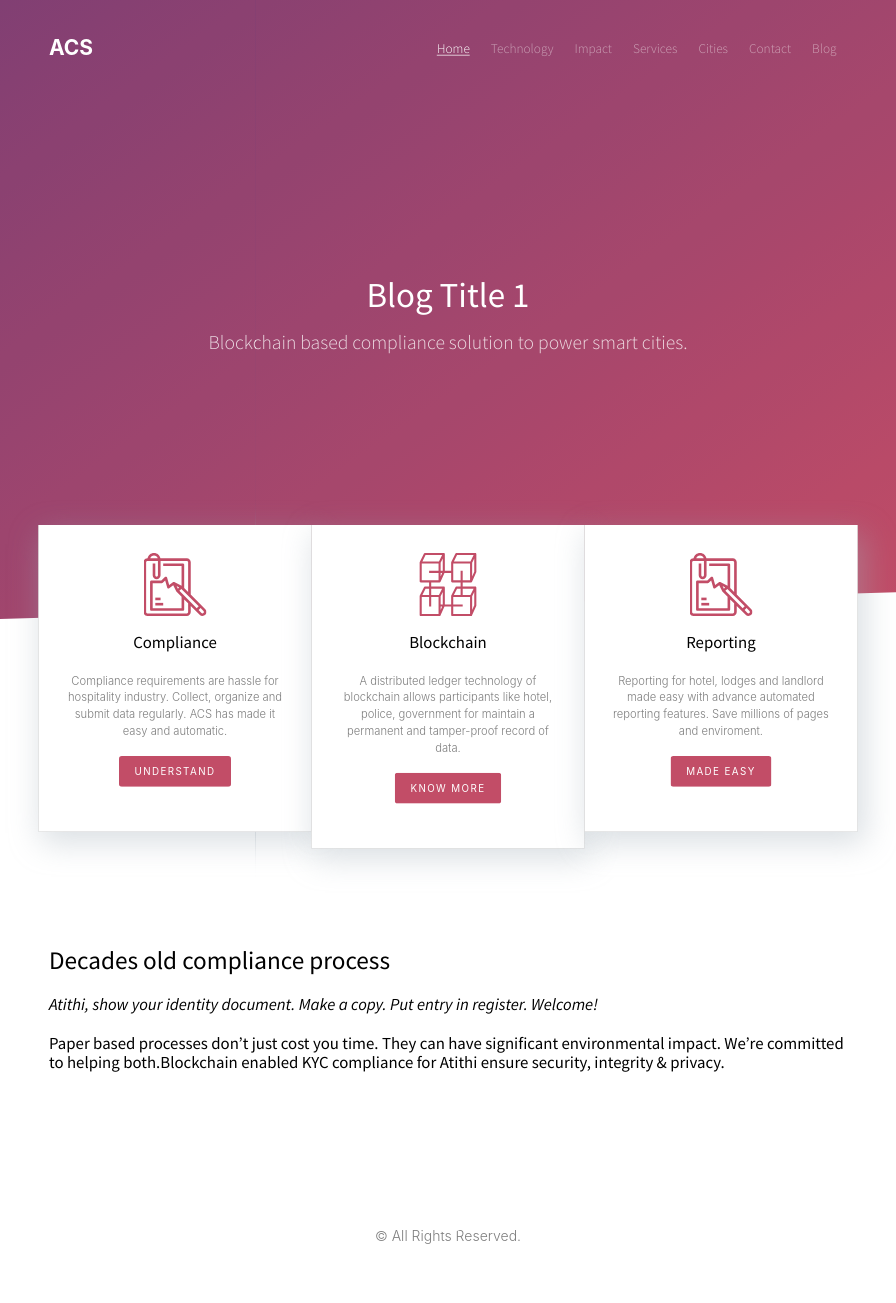
Repository: agarwalrahul-22/acs
Page: /blog
An editor plug-in stored every save of this project. The page is shown before and after the next save, followed by the edit.
The browser window is 1280 px wide. The pictures show the whole page, at 70% of full size.
Some web fonts or font styles are not loaded; a fallback is used. The project was rebuilt for these pictures with package versions that can differ from the ones it lists, and the page was loaded fresh each time. Also part of the build but not shown: src/components/main/LandingComponent.js, src/components/main/TechComponent.js, src/components/main/ImpactComponent.js, src/components/main/ServicesComponent.js, src/components/main/CitiesComponent.js, src/components/MainComponent.js.

Above is the page before, as saved 2022-10-10 21:06:16.

### public/index.html
<!DOCTYPE html>
<html lang="en">
  <head>
    <meta charset="utf-8" />
    <link rel="icon" href="%PUBLIC_URL%/favicon.ico" />
    <meta name="viewport" content="width=device-width, initial-scale=1" />
    <meta name="theme-color" content="#000000" />
    <meta name="description" content="Blockchain based Atithi Compliance System" />
    <link rel="apple-touch-icon" href="%PUBLIC_URL%/logo192.png" />
    <link href='https://fonts.googleapis.com/css?family=Source+Sans+Pro:400,300,600,400italic,700' rel='stylesheet'
      type='text/css'>
    <link rel="stylesheet" href="css/animate.css">
    <link rel="stylesheet" href="css/icomoon.css">
    <link rel="stylesheet" href="css/simple-line-icons.css">
    <link rel="stylesheet" href="css/magnific-popup.css">
    <link rel="stylesheet" href="css/bootstrap.css">
    <link rel="stylesheet" href="css/style3.css">
    <!--
      manifest.json provides metadata used when your web app is installed on a
      user's mobile device or desktop. See https://developers.google.com/web/fundamentals/web-app-manifest/
    -->
    <link rel="manifest" href="%PUBLIC_URL%/manifest.json" />
    <!--
      Notice the use of %PUBLIC_URL% in the tags above.
      It will be replaced with the URL of the `public` folder during the build.
      Only files inside the `public` folder can be referenced from the HTML.

      Unlike "/favicon.ico" or "favicon.ico", "%PUBLIC_URL%/favicon.ico" will
      work correctly both with client-side routing and a non-root public URL.
      Learn how to configure a non-root public URL by running `npm run build`.
    -->
    <title>Atithi Compliance System</title>
  </head>
  <body>
    <noscript>You need to enable JavaScript to run this app.</noscript>
    <div id="root"></div>
    <!--
      This HTML file is a template.
      If you open it directly in the browser, you will see an empty page.

      You can add webfonts, meta tags, or analytics to this file.
      The build step will place the bundled scripts into the <body> tag.

      To begin the development, run `npm start` or `yarn start`.
      To create a production bundle, use `npm run build` or `yarn build`.
    -->
  </body>
</html>

### src/components/BlogComponent.js
import React from 'react'
import report from "../images/report.svg";
import blockchain from "../images/blockchain.svg";
import img7 from "../images/img_7.jpg";
import img8 from "../images/img_8.jpg";
import img10 from "../images/img_10.jpg";
import fullimage2 from "../images/full_image_2.jpg";
function BlogComponent() {
  return (
    <div>
      <section
        id="fh5co-home"
        data-section="home"
        style={{ backgroundImage: { fullimage2 } }}
        data-stellar-background-ratio="0.5"
      >
        <div className="gradient"></div>
        <div className="container">
          <div className="text-wrap">
            <div className="text-inner">
              <h1 className="to-animate">Blog Title 1</h1>
              <h2 className="to-animate">
                Blockchain based compliance solution to power smart cities.
              </h2>
            </div>
          </div>
        </div>
        <div className="slant"></div>
      </section>
      <section id="fh5co-intro">
        <div className="container">
          <div className="row row-bottom-padded-lg">
            <div
              className="fh5co-block to-animate"
              style={{ backgroundImage: { img7 } }}
            >
              <div className="overlay-darker"></div>
              <div className="overlay"></div>
              <div className="fh5co-text">
                <img src={report} style={{ width: 90, height: 90 }} alt="" />
                <p></p>
                <h2>Compliance</h2>
                <p>
                  Compliance requirements are hassle for hospitality industry.
                  Collect, organize and submit data regularly. ACS has made it
                  easy and automatic.
                </p>
                <p>
                  <a href="#" className="btn btn-primary">
                    Understand
                  </a>
                </p>
              </div>
            </div>
            <div
              className="fh5co-block to-animate"
              style={{ backgroundImage: { img8 } }}
            >
              <div className="overlay-darker"></div>
              <div className="overlay"></div>
              <div className="fh5co-text">
                <img
                  src={blockchain}
                  style={{ width: 90, height: 90 }}
                  alt=""
                />
                <p></p>
                <h2>Blockchain</h2>
                <p>
                  A distributed ledger technology of blockchain allows
                  participants like hotel, police, government for maintain a
                  permanent and tamper-proof record of data.
                </p>
                <p>
                  <a href="#" className="btn btn-primary">
                    Know More
                  </a>
                </p>
              </div>
            </div>
            <div
              className="fh5co-block to-animate"
              style={{ backgroundImage: { img10 } }}
            >
              <div className="overlay-darker"></div>
              <div className="overlay"></div>
              <div className="fh5co-text">
                <img src={report} style={{ width: 90, height: 90 }} alt="" />
                <p></p>
                <h2>Reporting</h2>
                <p>
                  Reporting for hotel, lodges and landlord made easy with
                  advance automated reporting features. Save millions of pages
                  and enviroment.
                </p>
                <p>
                  <a href="#" className="btn btn-primary">
                    Made Easy
                  </a>
                </p>
              </div>
            </div>
          </div>
          <div>
            <h1>Decades old compliance process</h1>
            <h3>
              <i>
                Atithi, show your identity document. Make a copy. Put entry in
                register. Welcome!
              </i>
            </h3>
            <h3>
              Paper based processes don’t just cost you time. They can have
              significant environmental impact. We’re committed to helping
              both.Blockchain enabled KYC compliance for Atithi ensure security,
              integrity & privacy.
            </h3>
          </div>
        </div>
      </section>
    </div>
  );
}

export default BlogComponent;

### public/css/simple-line-icons.css
@font-face {
  font-family: 'simple-line-icons';
  src:  url('../fonts/simple-line-icons/Simple-Line-Icons.eot?v=2.2.2');
  src:  url('../fonts/simple-line-icons/Simple-Line-Icons.eot?#iefix&v=2.2.2') format('embedded-opentype'),
        url('../fonts/simple-line-icons/Simple-Line-Icons.ttf?v=2.2.2') format('truetype'),
        url('../fonts/simple-line-icons/Simple-Line-Icons.woff2?v=2.2.2') format('woff2'),
        url('../fonts/simple-line-icons/Simple-Line-Icons.woff?v=2.2.2') format('woff'),
        url('../fonts/simple-line-icons/Simple-Line-Icons.svg?v=2.2.2#simple-line-icons') format('svg');
  font-weight: normal;
  font-style: normal;
}
/*
 Use the following CSS code if you want to have a class per icon.
 Instead of a list of all class selectors, you can use the generic [class*="icon-"] selector, but it's slower:
*/
.icon-user,
.icon-people,
.icon-user-female,
.icon-user-follow,
.icon-user-following,
.icon-user-unfollow,
.icon-login,
.icon-logout,
.icon-emotsmile,
.icon-phone,
.icon-call-end,
.icon-call-in,
.icon-call-out,
.icon-map,
.icon-location-pin,
.icon-direction,
.icon-directions,
.icon-compass,
.icon-layers,
.icon-menu,
.icon-list,
.icon-options-vertical,
.icon-options,
.icon-arrow-down,
.icon-arrow-left,
.icon-arrow-right,
.icon-arrow-up,
.icon-arrow-up-circle,
.icon-arrow-left-circle,
.icon-arrow-right-circle,
.icon-arrow-down-circle,
.icon-check,
.icon-clock,
.icon-plus,
.icon-close,
.icon-trophy,
.icon-screen-smartphone,
.icon-screen-desktop,
.icon-plane,
.icon-notebook,
.icon-mustache,
.icon-mouse,
.icon-magnet,
.icon-energy,
.icon-disc,
.icon-cursor,
.icon-cursor-move,
.icon-crop,
.icon-chemistry,
.icon-speedometer,
.icon-shield,
.icon-screen-tablet,
.icon-magic-wand,
.icon-hourglass,
.icon-graduation,
.icon-ghost,
.icon-game-controller,
.icon-fire,
.icon-eyeglass,
.icon-envelope-open,
.icon-envelope-letter,
.icon-bell,
.icon-badge,
.icon-anchor,
.icon-wallet,
.icon-vector,
.icon-speech,
.icon-puzzle,
.icon-printer,
.icon-present,
.icon-playlist,
.icon-pin,
.icon-picture,
.icon-handbag,
.icon-globe-alt,
.icon-globe,
.icon-folder-alt,
.icon-folder,
.icon-film,
.icon-feed,
.icon-drop,
.icon-drawar,
.icon-docs,
.icon-doc,
.icon-diamond,
.icon-cup,
.icon-calculator,
.icon-bubbles,
.icon-briefcase,
.icon-book-open,
.icon-basket-loaded,
.icon-basket,
.icon-bag,
.icon-action-undo,
.icon-action-redo,
.icon-wrench,
.icon-umbrella,
.icon-trash,
.icon-tag,
.icon-support,
.icon-frame,
.icon-size-fullscreen,
.icon-size-actual,
.icon-shuffle,
.icon-share-alt,
.icon-share,
.icon-rocket,
.icon-question,
.icon-pie-chart,
.icon-pencil,
.icon-note,
.icon-loop,
.icon-home,
.icon-grid,
.icon-graph,
.icon-microphone,
.icon-music-tone-alt,
.icon-music-tone,
.icon-earphones-alt,
.icon-earphones,
.icon-equalizer,
.icon-like,
.icon-dislike,
.icon-control-start,
.icon-control-rewind,
.icon-control-play,
.icon-control-pause,
.icon-control-forward,
.icon-control-end,
.icon-volume-1,
.icon-volume-2,
.icon-volume-off,
.icon-calendar,
.icon-bulb,
.icon-chart,
.icon-ban,
.icon-bubble,
.icon-camrecorder,
.icon-camera,
.icon-cloud-download,
.icon-cloud-upload,
.icon-envelope,
.icon-eye,
.icon-flag,
.icon-heart,
.icon-info,
.icon-key,
.icon-link,
.icon-lock,
.icon-lock-open,
.icon-magnifier,
.icon-magnifier-add,
.icon-magnifier-remove,
.icon-paper-clip,
.icon-paper-plane,
.icon-power,
.icon-refresh,
.icon-reload,
.icon-settings,
.icon-star,
.icon-symble-female,
.icon-symbol-male,
.icon-target,
.icon-credit-card,
.icon-paypal,
.icon-social-tumblr,
.icon-social-twitter,
.icon-social-facebook,
.icon-social-instagram,
.icon-social-linkedin,
.icon-social-pinterest,
.icon-social-github,
.icon-social-gplus,
.icon-social-reddit,
.icon-social-skype,
.icon-social-dribbble,
.icon-social-behance,
.icon-social-foursqare,
.icon-social-soundcloud,
.icon-social-spotify,
.icon-social-stumbleupon,
.icon-social-youtube,
.icon-social-dropbox {
  font-family: 'simple-line-icons';
  speak: none;
  font-style: normal;
  font-weight: normal;
  font-variant: normal;
  text-transform: none;
  line-height: 1;
  /* Better Font Rendering =========== */
  -webkit-font-smoothing: antialiased;
  -moz-osx-font-smoothing: grayscale;
}
.icon-user:before {
  content: "\e005";
}
.icon-people:before {
  content: "\e001";
}
.icon-user-female:before {
  content: "\e000";
}
.icon-user-follow:before {
  content: "\e002";
}
.icon-user-following:before {
  content: "\e003";
}
.icon-user-unfollow:before {
  content: "\e004";
}
.icon-login:before {
  content: "\e066";
}
.icon-logout:before {
  content: "\e065";
}
.icon-emotsmile:before {
  content: "\e021";
}
.icon-phone:before {
  content: "\e600";
}
.icon-call-end:before {
  content: "\e048";
}
.icon-call-in:before {
  content: "\e047";
}
.icon-call-out:before {
  content: "\e046";
}
.icon-map:before {
  content: "\e033";
}
.icon-location-pin:before {
  content: "\e096";
}
.icon-direction:before {
  content: "\e042";
}
.icon-directions:before {
  content: "\e041";
}
.icon-compass:before {
  content: "\e045";
}
.icon-layers:before {
  content: "\e034";
}
.icon-menu:before {
  content: "\e601";
}
.icon-list:before {
  content: "\e067";
}
.icon-options-vertical:before {
  content: "\e602";
}
.icon-options:before {
  content: "\e603";
}
.icon-arrow-down:before {
  content: "\e604";
}
.icon-arrow-left:before {
  content: "\e605";
}
.icon-arrow-right:before {
  content: "\e606";
}
.icon-arrow-up:before {
  content: "\e607";
}
.icon-arrow-up-circle:before {
  content: "\e078";
}
.icon-arrow-left-circle:before {
  content: "\e07a";
}
.icon-arrow-right-circle:before {
  content: "\e079";
}
.icon-arrow-down-circle:before {
  content: "\e07b";
}
.icon-check:before {
  content: "\e080";
}
.icon-clock:before {
  content: "\e081";
}
.icon-plus:before {
  content: "\e095";
}
.icon-close:before {
  content: "\e082";
}
.icon-trophy:before {
  content: "\e006";
}
.icon-screen-smartphone:before {
  content: "\e010";
}
.icon-screen-desktop:before {
  content: "\e011";
}
.icon-plane:before {
  content: "\e012";
}
.icon-notebook:before {
  content: "\e013";
}
.icon-mustache:before {
  content: "\e014";
}
.icon-mouse:before {
  content: "\e015";
}
.icon-magnet:before {
  content: "\e016";
}
.icon-energy:before {
  content: "\e020";
}
.icon-disc:before {
  content: "\e022";
}
.icon-cursor:before {
  content: "\e06e";
}
.icon-cursor-move:before {
  content: "\e023";
}
.icon-crop:before {
  content: "\e024";
}
.icon-chemistry:before {
  content: "\e026";
}
.icon-speedometer:before {
  content: "\e007";
}
.icon-shield:before {
  content: "\e00e";
}
.icon-screen-tablet:before {
  content: "\e00f";
}
.icon-magic-wand:before {
  content: "\e017";
}
.icon-hourglass:before {
  content: "\e018";
}
.icon-graduation:before {
  content: "\e019";
}
.icon-ghost:before {
  content: "\e01a";
}
.icon-game-controller:before {
  content: "\e01b";
}
.icon-fire:before {
  content: "\e01c";
}
.icon-eyeglass:before {
  content: "\e01d";
}
.icon-envelope-open:before {
  content: "\e01e";
}
.icon-envelope-letter:before {
  content: "\e01f";
}
.icon-bell:before {
  content: "\e027";
}
.icon-badge:before {
  content: "\e028";
}
.icon-anchor:before {
  content: "\e029";
}
.icon-wallet:before {
  content: "\e02a";
}
.icon-vector:before {
  content: "\e02b";
}
.icon-speech:before {
  content: "\e02c";
}
.icon-puzzle:before {
  content: "\e02d";
}
.icon-printer:before {
  content: "\e02e";
}
.icon-present:before {
  content: "\e02f";
}
.icon-playlist:before {
  content: "\e030";
}
.icon-pin:before {
  content: "\e031";
}
.icon-picture:before {
  content: "\e032";
}
.icon-handbag:before {
  content: "\e035";
}
.icon-globe-alt:before {
  content: "\e036";
}
.icon-globe:before {
  content: "\e037";
}
.icon-folder-alt:before {
  content: "\e039";
}
.icon-folder:before {
  content: "\e089";
}
.icon-film:before {
  content: "\e03a";
}
.icon-feed:before {
  content: "\e03b";
}
.icon-drop:before {
  content: "\e03e";
}
.icon-drawar:before {
  content: "\e03f";
}
.icon-docs:before {
  content: "\e040";
}
.icon-doc:before {
  content: "\e085";
}
.icon-diamond:before {
  content: "\e043";
}
.icon-cup:before {
  content: "\e044";
}
.icon-calculator:before {
  content: "\e049";
}
.icon-bubbles:before {
  content: "\e04a";
}
.icon-briefcase:before {
  content: "\e04b";
}
.icon-book-open:before {
  content: "\e04c";
}
.icon-basket-loaded:before {
  content: "\e04d";
}
.icon-basket:before {
  content: "\e04e";
}
.icon-bag:before {
  content: "\e04f";
}
.icon-action-undo:before {
  content: "\e050";
}
.icon-action-redo:before {
  content: "\e051";
}
.icon-wrench:before {
  content: "\e052";
}
.icon-umbrella:before {
  content: "\e053";
}
.icon-trash:before {
  content: "\e054";
}
.icon-tag:before {
  content: "\e055";
}
.icon-support:before {
  content: "\e056";
}
.icon-frame:before {
  content: "\e038";
}
.icon-size-fullscreen:before {
  content: "\e057";
}
.icon-size-actual:before {
  content: "\e058";
}
.icon-shuffle:before {
  content: "\e059";
}
.icon-share-alt:before {
  content: "\e05a";
}
.icon-share:before {
  content: "\e05b";
}
.icon-rocket:before {
  content: "\e05c";
}
.icon-question:before {
  content: "\e05d";
}
.icon-pie-chart:before {
  content: "\e05e";
}
.icon-pencil:before {
  content: "\e05f";
}
.icon-note:before {
  content: "\e060";
}
.icon-loop:before {
  content: "\e064";
}
.icon-home:before {
  content: "\e069";
}
.icon-grid:before {
  content: "\e06a";
}
.icon-graph:before {
  content: "\e06b";
}
.icon-microphone:before {
  content: "\e063";
}
.icon-music-tone-alt:before {
  content: "\e061";
}
.icon-music-tone:before {
  content: "\e062";
}
.icon-earphones-alt:before {
  content: "\e03c";
}
.icon-earphones:before {
  content: "\e03d";
}
.icon-equalizer:before {
  content: "\e06c";
}
.icon-like:before {
  content: "\e068";
}
.icon-dislike:before {
  content: "\e06d";
}
.icon-control-start:before {
  content: "\e06f";
}
.icon-control-rewind:before {
  content: "\e070";
}
.icon-control-play:before {
  content: "\e071";
}
.icon-control-pause:before {
  content: "\e072";
}
.icon-control-forward:before {
  content: "\e073";
}
.icon-control-end:before {
  content: "\e074";
}
.icon-volume-1:before {
  content: "\e09f";
}
.icon-volume-2:before {
  content: "\e0a0";
}
.icon-volume-off:before {
  content: "\e0a1";
}
.icon-calendar:before {
  content: "\e075";
}
.icon-bulb:before {
  content: "\e076";
}
.icon-chart:before {
  content: "\e077";
}
.icon-ban:before {
  content: "\e07c";
}
.icon-bubble:before {
  content: "\e07d";
}
.icon-camrecorder:before {
  content: "\e07e";
}
.icon-camera:before {
  content: "\e07f";
}
.icon-cloud-download:before {
  content: "\e083";
}
.icon-cloud-upload:before {
  content: "\e084";
}
.icon-envelope:before {
  content: "\e086";
}
.icon-eye:before {
  content: "\e087";
}
.icon-flag:before {
  content: "\e088";
}
.icon-heart:before {
  content: "\e08a";
}
.icon-info:before {
  content: "\e08b";
}
.icon-key:before {
  content: "\e08c";
}
.icon-link:before {
  content: "\e08d";
}
.icon-lock:before {
  content: "\e08e";
}
.icon-lock-open:before {
  content: "\e08f";
}
.icon-magnifier:before {
  content: "\e090";
}
.icon-magnifier-add:before {
  content: "\e091";
}
.icon-magnifier-remove:before {
  content: "\e092";
}
.icon-paper-clip:before {
  content: "\e093";
}
.icon-paper-plane:before {
  content: "\e094";
}
.icon-power:before {
  content: "\e097";
}
.icon-refresh:before {
  content: "\e098";
}
.icon-reload:before {
  content: "\e099";
}
.icon-settings:before {
  content: "\e09a";
}
.icon-star:before {
  content: "\e09b";
}
.icon-symble-female:before {
  content: "\e09c";
}
.icon-symbol-male:before {
  content: "\e09d";
}
.icon-target:before {
  content: "\e09e";
}
.icon-credit-card:before {
  content: "\e025";
}
.icon-paypal:before {
  content: "\e608";
}
.icon-social-tumblr:before {
  content: "\e00a";
}
.icon-social-twitter:before {
  content: "\e009";
}
.icon-social-facebook:before {
  content: "\e00b";
}
.icon-social-instagram:before {
  content: "\e609";
}
.icon-social-linkedin:before {
  content: "\e60a";
}
.icon-social-pinterest:before {
  content: "\e60b";
}
.icon-social-github:before {
  content: "\e60c";
}
.icon-social-gplus:before {
  content: "\e60d";
}
.icon-social-reddit:before {
  content: "\e60e";
}
.icon-social-skype:before {
  content: "\e60f";
}
.icon-social-dribbble:before {
  content: "\e00d";
}
.icon-social-behance:before {
  content: "\e610";
}
.icon-social-foursqare:before {
  content: "\e611";
}
.icon-social-soundcloud:before {
  content: "\e612";
}
.icon-social-spotify:before {
  content: "\e613";
}
.icon-social-stumbleupon:before {
  content: "\e614";
}
.icon-social-youtube:before {
  content: "\e008";
}
.icon-social-dropbox:before {
  content: "\e00c";
}

Loaded but not shown: src/index.js (common file); src/index.css (common file); src/reportWebVitals.js (common file); public/css/animate.css (library); public/css/icomoon.css (common file); public/css/magnific-popup.css (library); public/css/bootstrap.css (library); src/components/HeaderComponent.js (68 lines, source omitted); src/App.js (35 lines, source omitted); src/components/FooterComponent.js (20 lines, source omitted); public/css/style3.css (1411 lines, source omitted)

After the next save:
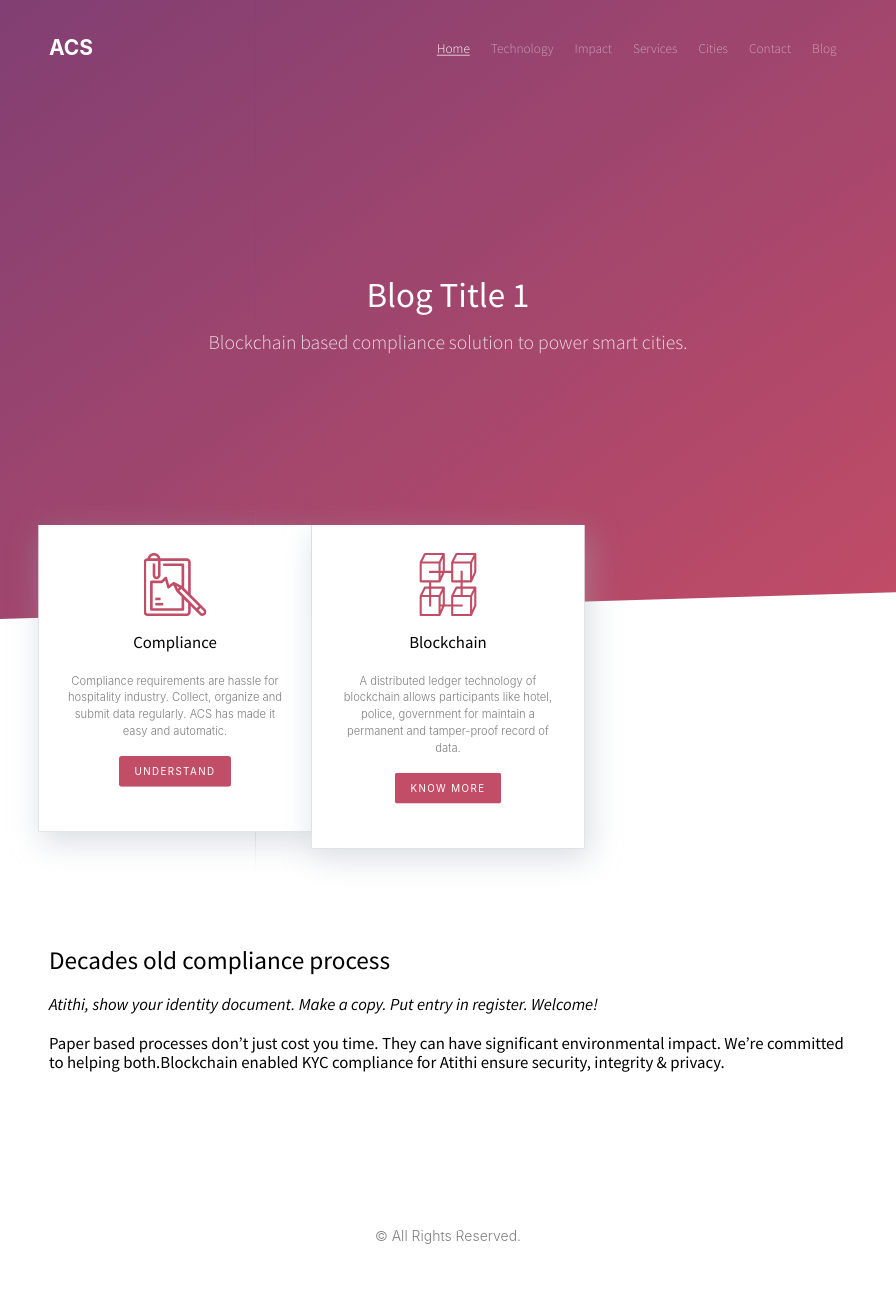
Saved 117 s later.
--- a/src/components/BlogComponent.js
+++ b/src/components/BlogComponent.js
@@ -78,28 +78,7 @@ function BlogComponent() {
                 </p>
               </div>
             </div>
-            <div
-              className="fh5co-block to-animate"
-              style={{ backgroundImage: { img10 } }}
-            >
-              <div className="overlay-darker"></div>
-              <div className="overlay"></div>
-              <div className="fh5co-text">
-                <img src={report} style={{ width: 90, height: 90 }} alt="" />
-                <p></p>
-                <h2>Reporting</h2>
-                <p>
-                  Reporting for hotel, lodges and landlord made easy with
-                  advance automated reporting features. Save millions of pages
-                  and enviroment.
-                </p>
-                <p>
-                  <a href="#" className="btn btn-primary">
-                    Made Easy
-                  </a>
-                </p>
-              </div>
-            </div>
+
           </div>
           <div>
             <h1>Decades old compliance process</h1>
